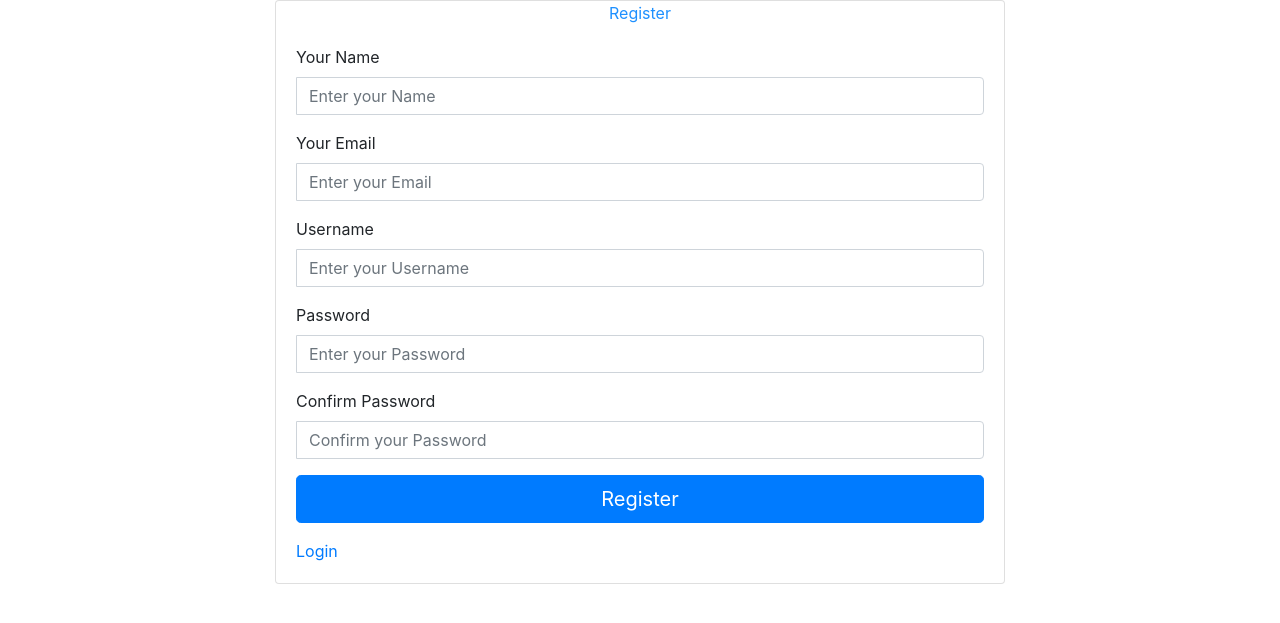
Repository: phamtailinh/webtintuc
Page: http://localhost/doicapdat/Dangky.jsp
An editor plug-in stored every save of this project. The page is shown before and after the next save, followed by the edit.
The browser window is 1280 px wide. The pictures show the whole page.
Some web libraries are served in a nearby version. The page is served by Tomcat 9.

Above is the page before, as saved 2022-01-07 09:12:11.
Console error: TypeError: Cannot read properties of undefined (reading 'fn')

After the next save:
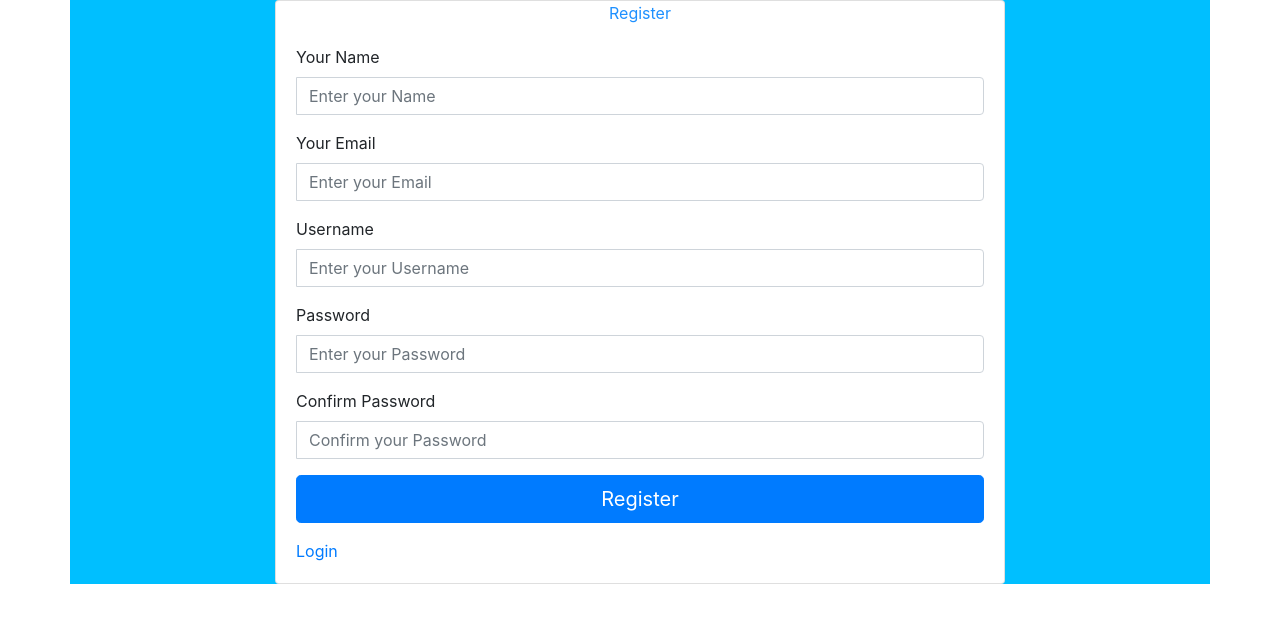
Saved 5 s later.
--- a/doicapdat/src/main/webapp/Dangky.jsp
+++ b/doicapdat/src/main/webapp/Dangky.jsp
@@ -14,7 +14,7 @@
 	src="//cdnjs.cloudflare.com/ajax/libs/jquery/3.2.1/jquery.min.js"></script>
 </head>
 <body>
-	<div class="container">
+	<div class="container" style="background-color: #00BFFF;">
 		<div class="row justify-content-center">
 			<div class="col-md-8">
 				<div class="card">
